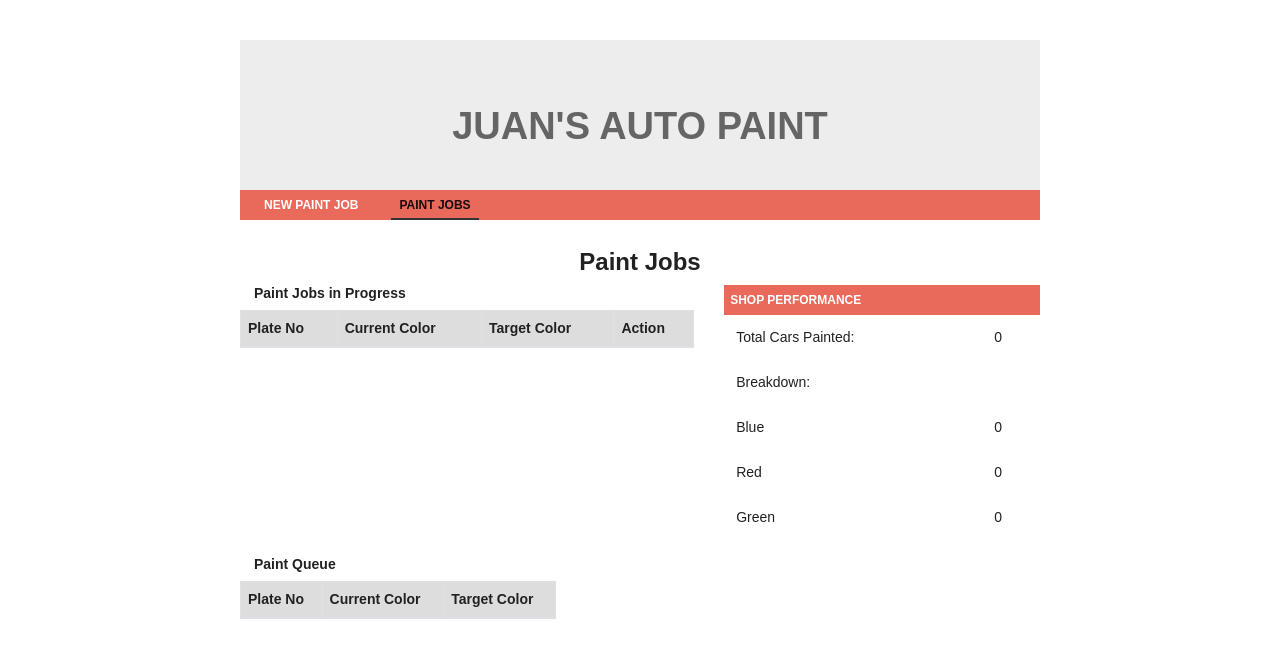
Repository: soycaringal/paint-job
Page: http://localhost/jobs
An editor plug-in stored every save of this project. The page is shown before and after a run of saves, followed by the edit.
The browser window is 1280 px wide. The pictures show the whole page.
The page is served by the project's Laravel application, run on PHP 8.4 with Laravel 8. Queries for data that is not in the repository find no rows.

Above is the page before, as saved 2020-02-23 18:58:23.

After the next 2 saves:
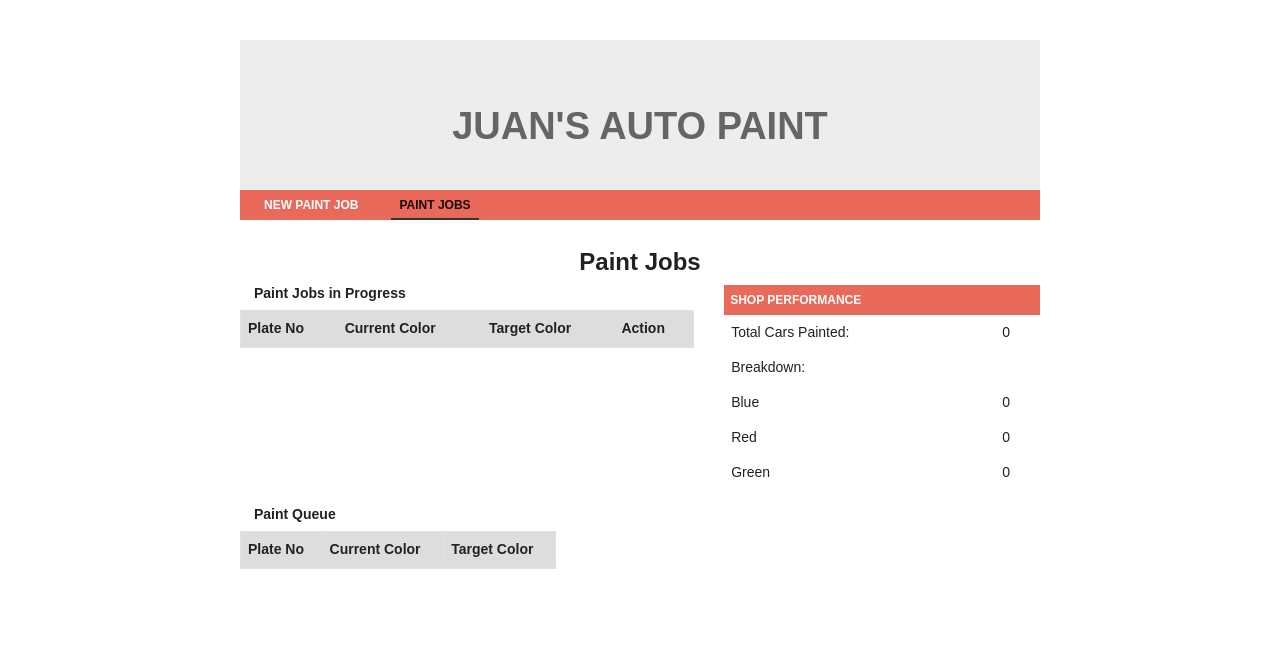
The 2 saves are shown as one change because they came seconds apart.
The last was saved 20 s later.
--- a/public/css/main.css
+++ b/public/css/main.css
@@ -94,7 +94,7 @@ header h1 {
 }
 
 .paint-jobs-content .table .thead th,
-.paint-jobs-content .table .thead td {
+.paint-jobs-content .table tbody td {
     padding: .5em;
 }
 
